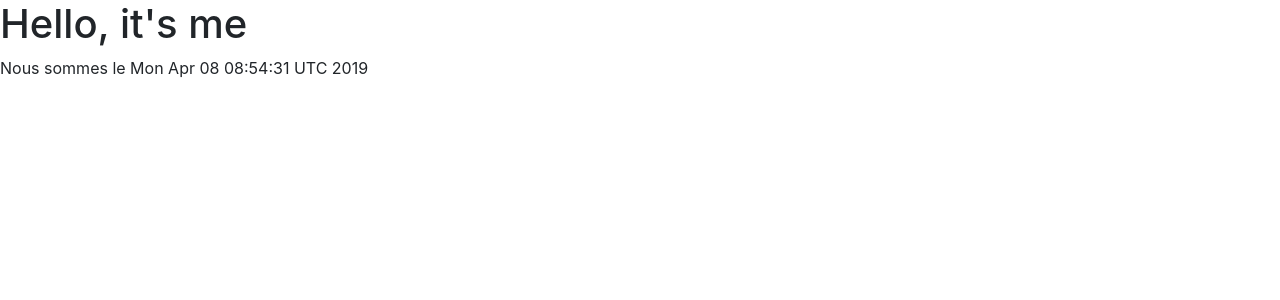
Repository: JohanVairac/montpar-architectureJEE
Page: http://localhost/exempleJEE/resultat.jsp
These files come from the project's save history. The page is drawn as it stood at one moment and after the next save; the edit follows.
The browser window is 1280 px wide. The pictures show the whole page.
The page is served by Tomcat 9.

Above is the page before, as saved 2019-04-09 15:17:38.

After the next save:
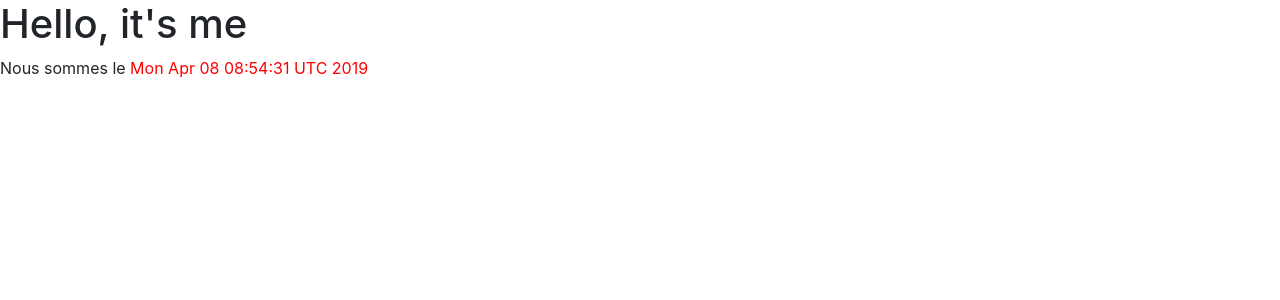
Saved 6 min 39 s later.
--- a/exempleJEE/WebContent/resultat.jsp
+++ b/exempleJEE/WebContent/resultat.jsp
@@ -8,10 +8,10 @@
 <link rel="stylesheet" href="./css/bootstrap.css">
 
 <meta charset="UTF-8">
-<title>Insert title here</title>
+<title>Exemple d'une page JSP</title>
 </head>
 <body>
 <h1>Hello, it's me </h1>
-<p> Nous sommes le <span class= date>  <%= new Date (). toString() %> </span>
+<p> Nous sommes le <span class= couleur>  <%= new Date (). toString() %> </span>
 </body>
 </html>
